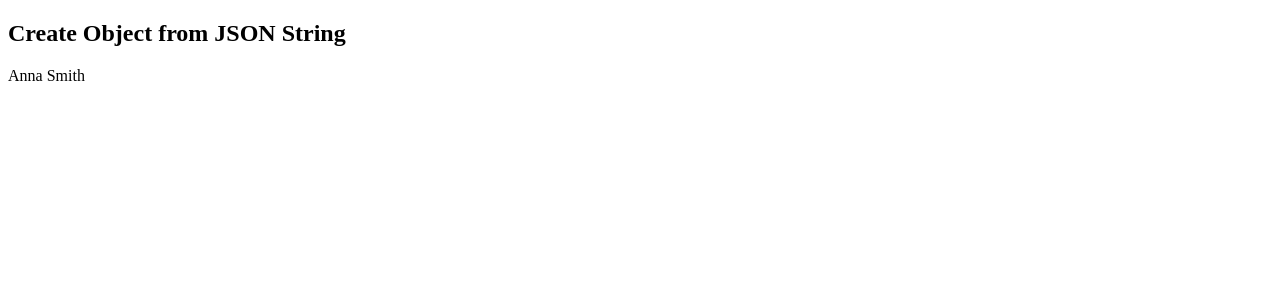
Repository: AdityaParashar93/Homework1_CMPE273
Page: CMPE273/Refresher_JS/WebContent/Json.html
These files come from the project's save history. The page is drawn as it stood at one moment and after the next save; the edit follows.
The browser window is 1280 px wide. The pictures show the whole page.

Above is the page before, as saved 2016-09-16 21:11:23.

### CMPE273/Refresher_JS/WebContent/Json.html
<!DOCTYPE html>
<html>
<body>

<h2>Create Object from JSON String</h2>

<p id="demo"></p>

<script>
var text = '{"employees":[' +
'{"firstName":"John","lastName":"Doe" },' +
'{"firstName":"Anna","lastName":"Smith" },' +
'{"firstName":"Peter","lastName":"Jones" }]}';

obj = JSON.parse(text);
document.getElementById("demo").innerHTML =
obj.employees[1].firstName + " " + obj.employees[1].lastName;
</script>

</body>
</html>

After the next save:
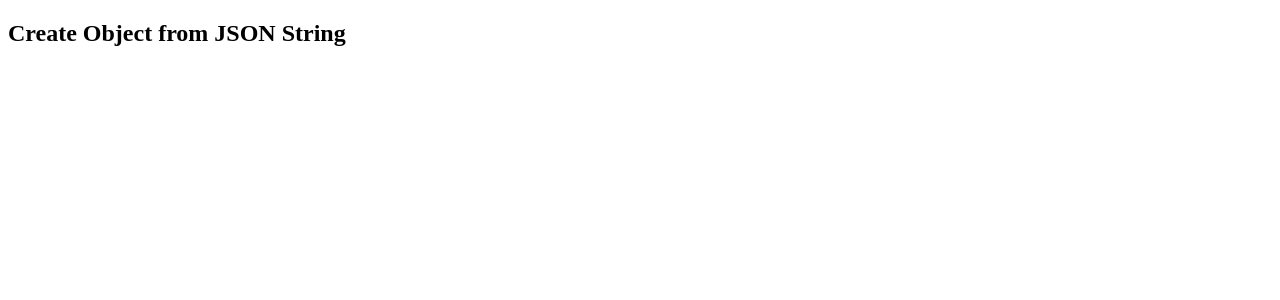
Console error: TypeError: Cannot set properties of null (setting 'innerHTML')
Saved 56 s later.
--- a/CMPE273/Refresher_JS/WebContent/Json.html
+++ b/CMPE273/Refresher_JS/WebContent/Json.html
@@ -4,17 +4,19 @@
 
 <h2>Create Object from JSON String</h2>
 
-<p id="demo"></p>
+<p id="demo1"></p>
+<p id="demo2"></p>
+<p id="demo3"></p>
 
 <script>
-var text = '{"employees":[' +
+var text = '{"student":[' +
 '{"firstName":"John","lastName":"Doe" },' +
 '{"firstName":"Anna","lastName":"Smith" },' +
 '{"firstName":"Peter","lastName":"Jones" }]}';
 
 obj = JSON.parse(text);
 document.getElementById("demo").innerHTML =
-obj.employees[1].firstName + " " + obj.employees[1].lastName;
+obj.student[1].firstName + " " + obj.student[1].lastName;
 </script>
 
 </body>

After the 2 saves that followed:
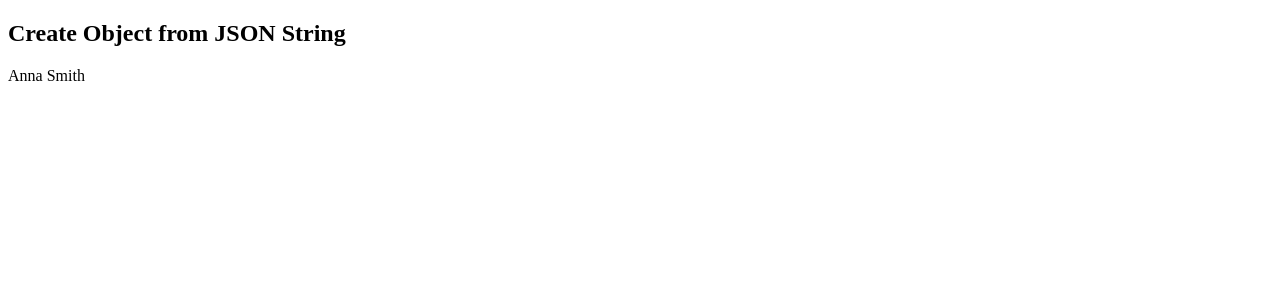
The error is gone.
The 2 saves are shown as one change because they came seconds apart.
The last was saved 36 s later.
--- a/CMPE273/Refresher_JS/WebContent/Json.html
+++ b/CMPE273/Refresher_JS/WebContent/Json.html
@@ -15,8 +15,10 @@
 '{"firstName":"Peter","lastName":"Jones" }]}';
 
 obj = JSON.parse(text);
-document.getElementById("demo").innerHTML =
-obj.student[1].firstName + " " + obj.student[1].lastName;
+document.getElementById("demo1").innerHTML =obj.student[1].firstName + " " + obj.student[1].lastName;
+document.getElementById("demo1").innerHTML =obj.student[1].firstName + " " + obj.student[1].lastName;
+document.getElementById("demo1").innerHTML =obj.student[1].firstName + " " + obj.student[1].lastName;
+
 </script>
 
 </body>
